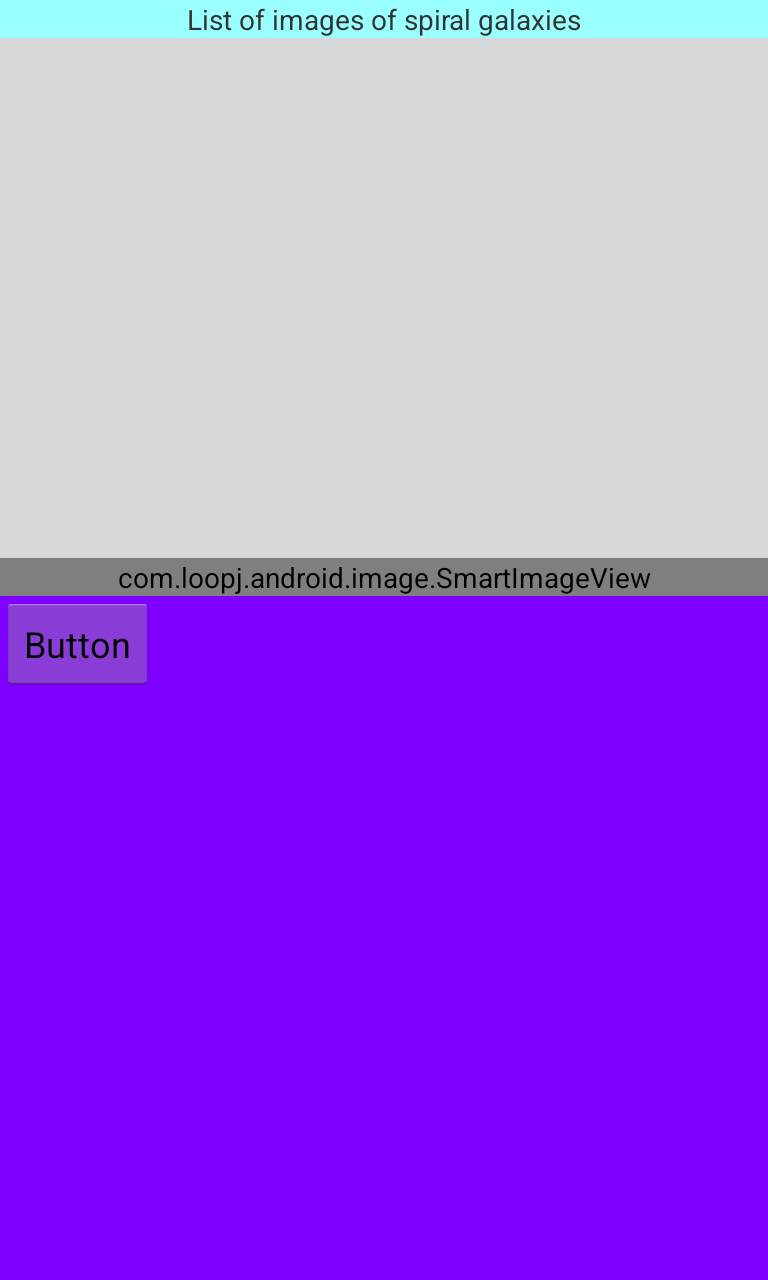
Repository: arianaantonio/Java2_Antonio
Layout: SpaceImageViewer/res/layout/activity_main.xml
These files come from the project's save history. The layout is drawn as it stood at one moment and after the next save; the edit follows.
Pictures or frames that could not be fetched are drawn as grey boxes. It is drawn on a 768 x 1280 px phone screen (xhdpi) without system bars, with theme AppTheme; the app's code is not run. Lists and similar views that code fills are empty.

Above is the layout before, as saved 2014-07-17 07:46:58.

### SpaceImageViewer/res/layout/activity_main.xml
<LinearLayout xmlns:android="http://schemas.android.com/apk/res/android"
    android:layout_width="fill_parent"
    android:layout_height="fill_parent"
    android:orientation="vertical"
    android:background="@color/Purple" >

    <TextView
        android:id="@+id/textView1"
        android:layout_width="match_parent"
        android:layout_height="wrap_content"
        android:layout_gravity="center"
        android:background="@color/Aqua"
        android:gravity="center"
        android:text="@string/textview_text" />

    <ListView
        android:id="@+id/listView1"
        android:layout_width="match_parent"
        android:layout_height="260dp"
        android:background="@color/Grey" />
    <com.loopj.android.image.SmartImageView
    android:id="@+id/my_image"
    android:layout_width="match_parent"
    android:layout_height="wrap_content"
    android:visibility="visible" />

    <Button
        android:id="@+id/button1"
        android:layout_width="wrap_content"
        android:layout_height="wrap_content"
        android:text="Button" />

</LinearLayout>

### SpaceImageViewer/res/values/strings.xml
<?xml version="1.0" encoding="utf-8"?>
<resources>

    <string name="app_name">Space Image Viewer</string>
    <string name="action_settings">Settings</string>
    <string name="textview_text">List of images of spiral galaxies</string>
    <string name="detail_view">Details:</string>
    <string name="Description">Image View</string>
    <color name="Purple">#7F00FF</color>
    <color name="Grey">#D8D8D8</color>
    <color name="Aqua">#99FFFF</color>
    <string name="userString">User:</string>
    <string name="cameraString">Camera:</string>
    <string name="HDbutton">View HD Image</string>
    <string name="detailactivity">Details Activity</string>
    <string name="favorite">Save As Favorite</string>


</resources>

Loaded but not shown: SpaceImageViewer/res/values/styles.xml (common file); SpaceImageViewer/res/values-v11/styles.xml (common file); SpaceImageViewer/res/values-v14/styles.xml (common file)

After the next save:
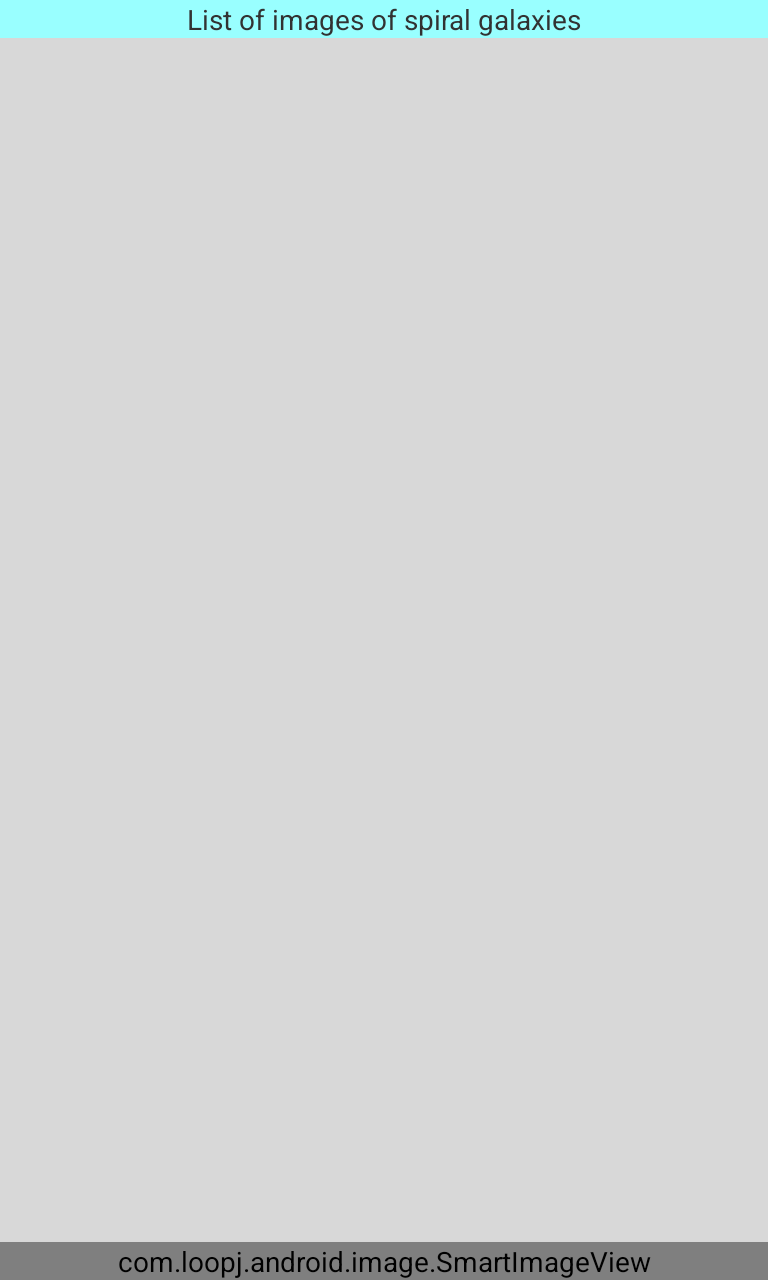
Saved 37 s later.
--- a/SpaceImageViewer/res/layout/activity_main.xml
+++ b/SpaceImageViewer/res/layout/activity_main.xml
@@ -1,8 +1,8 @@
 <LinearLayout xmlns:android="http://schemas.android.com/apk/res/android"
     android:layout_width="fill_parent"
     android:layout_height="fill_parent"
-    android:orientation="vertical"
-    android:background="@color/Purple" >
+    android:background="@color/Purple"
+    android:orientation="vertical" >
 
     <TextView
         android:id="@+id/textView1"
@@ -17,17 +17,13 @@
         android:id="@+id/listView1"
         android:layout_width="match_parent"
         android:layout_height="260dp"
+        android:layout_weight="0.32"
         android:background="@color/Grey" />
+
     <com.loopj.android.image.SmartImageView
-    android:id="@+id/my_image"
-    android:layout_width="match_parent"
-    android:layout_height="wrap_content"
-    android:visibility="visible" />
-
-    <Button
-        android:id="@+id/button1"
-        android:layout_width="wrap_content"
+        android:id="@+id/my_image"
+        android:layout_width="match_parent"
         android:layout_height="wrap_content"
-        android:text="Button" />
+        android:visibility="visible" />
 
 </LinearLayout>
